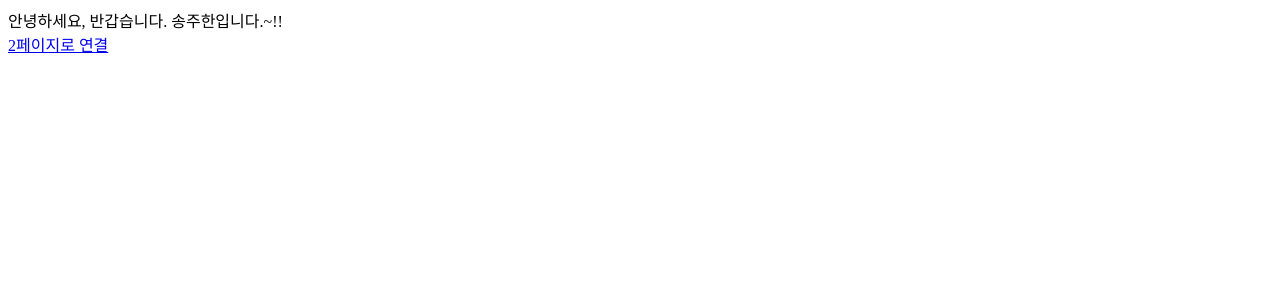
Repository: JuHanSong/JSP
Page: jsp01/WebContent/indeex.html
The author's editor kept a copy of each file at every save. The page is drawn from the files as they stood at one save, then again after the next save.
The browser window is 1280 px wide. The pictures show the whole page.

Above is the page before, as saved 2020-11-21 02:29:12.

### jsp01/WebContent/indeex.html
<!DOCTYPE html>
<html>
	<head>
		<meta charset="UTF-8">
		<title>Insert title here</title>
	</head>
	<body> <!-- 주선, 태크(tag) -->
	안녕하세요, 반갑습니다. 송주한입니다.~!!<br><!-- 엔터 -->
	<a href="page2.html">2페이지로 연결</a>

	</body>
</html>

After the next save:
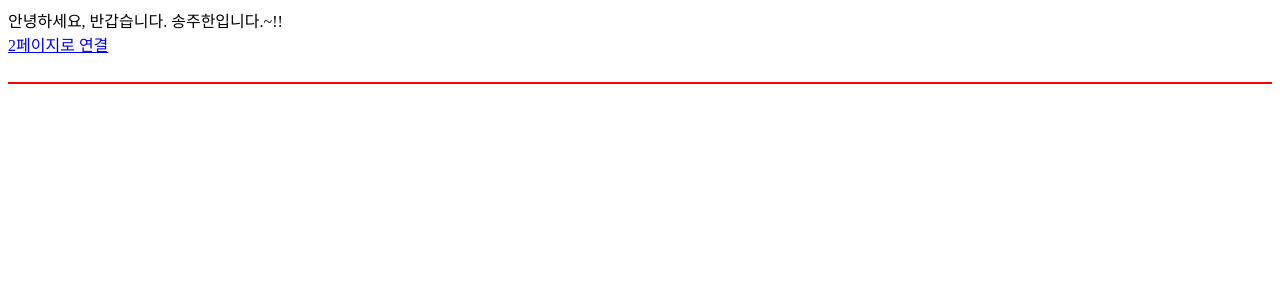
Saved 5 min 29 s later.
--- a/jsp01/WebContent/indeex.html
+++ b/jsp01/WebContent/indeex.html
@@ -8,5 +8,12 @@
 	안녕하세요, 반갑습니다. 송주한입니다.~!!<br><!-- 엔터 -->
 	<a href="page2.html">2페이지로 연결</a>
 
+	<!-- 컨트롤 + 시프트 + /  -->
+	<!-- 속성(attridute)는 0개이상 ~ 여러개 -->
+	<br><br>
+
+	<hr color="red"> <!-- horizontal : 가로 -->
+
+
 	</body>
 </html>
